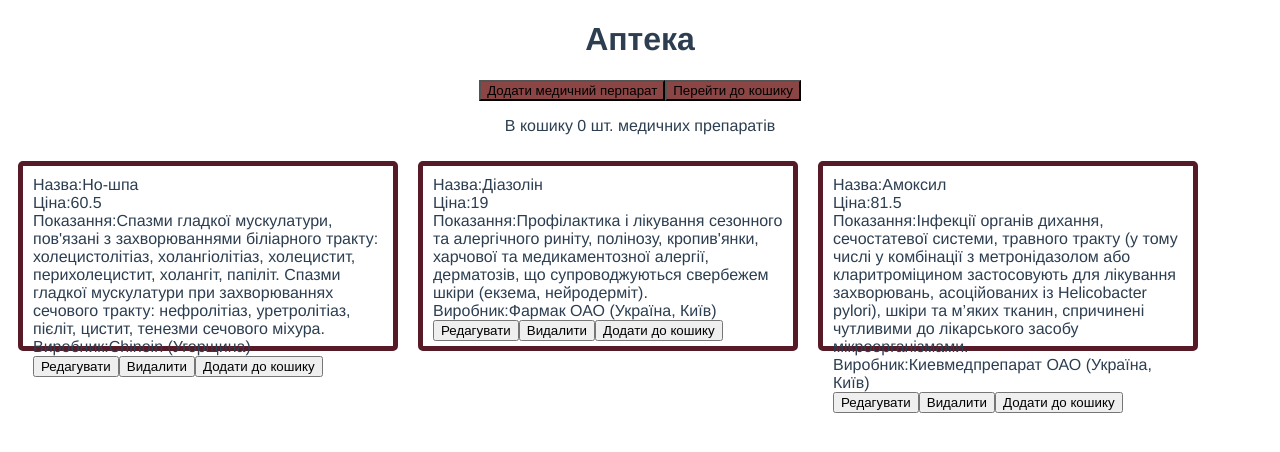
Repository: kristinap8/pharmacy
Page: /
An editor plug-in stored every save of this project. The page is shown before and after the next save, followed by the edit.
The browser window is 1280 px wide. The pictures show the whole page.
The project was rebuilt for these pictures with package versions that can differ from the ones it lists, and the page was loaded fresh each time. Also part of the build but not shown: src/components/AddMedicineForm/index.vue, src/pages/AddMedicine/index.vue, src/components/EditMedicineForm/index.vue, src/pages/EditMedicine/index.vue, src/components/CartForm/index.vue, src/pages/Cart/index.vue.

Above is the page before, as saved 2020-12-10 02:21:53.

After the next save:
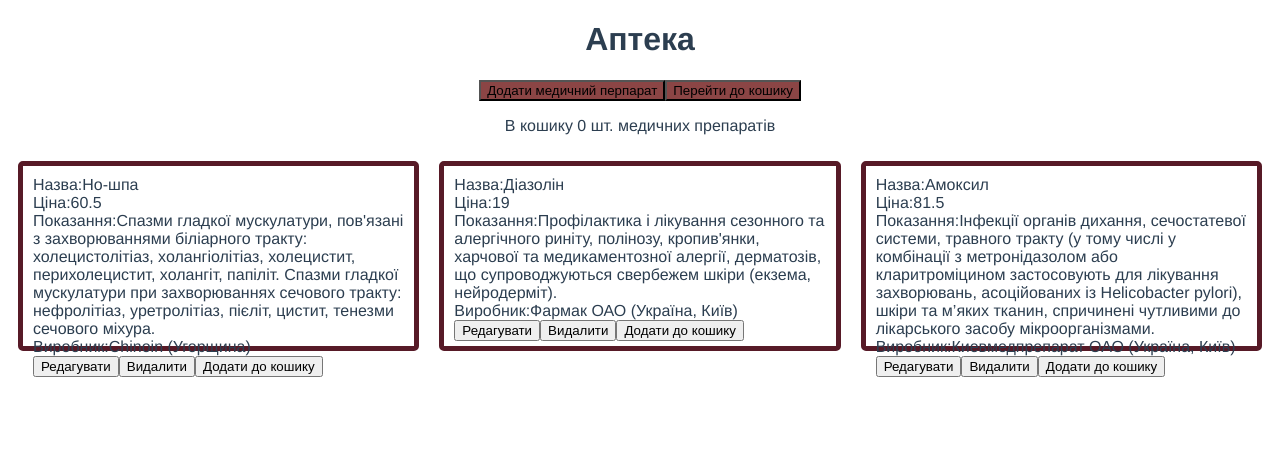
Saved 14 s later.
--- a/src/components/MedicinesList/MedicineCard/index.vue
+++ b/src/components/MedicinesList/MedicineCard/index.vue
@@ -57,7 +57,7 @@ import { mapActions } from 'vuex'
 
 <style lang="scss" scoped>
 .card-container{
-  width: 350px;
+  width: 400px;
   height: 160px;
   border: 5px solid rgb(87, 26, 39);
   border-radius: 5px;
